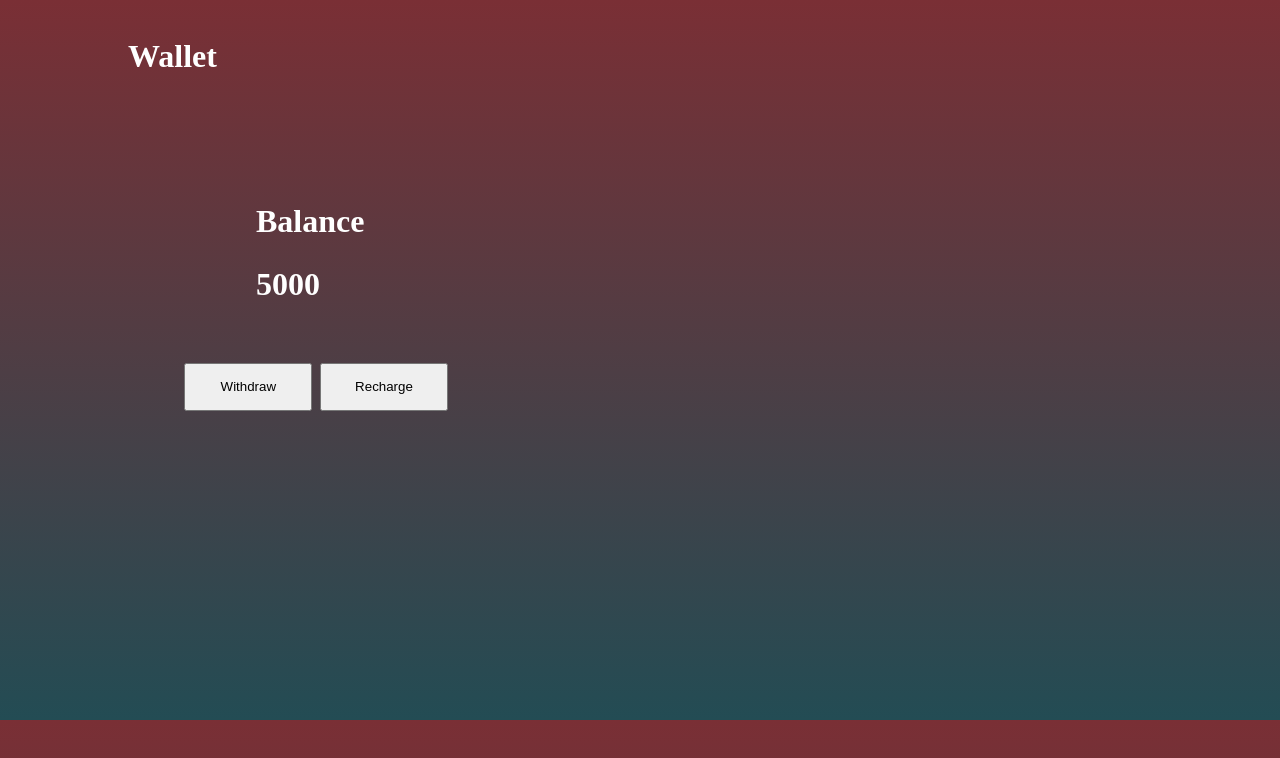
Repository: jagan607/N-Kalari
Page: /
An editor plug-in stored every save of this project. The page is shown before and after the next save, followed by the edit.
The browser window is 1280 px wide. The pictures show the whole page.
The project was rebuilt for these pictures with package versions that can differ from the ones it lists, and the page was loaded fresh each time. Also part of the build but not shown: src/App.css, src/helpers/firebase.js, src/components/Login/Login.js.

Above is the page before, as saved 2022-01-07 17:32:00.

After the next save:
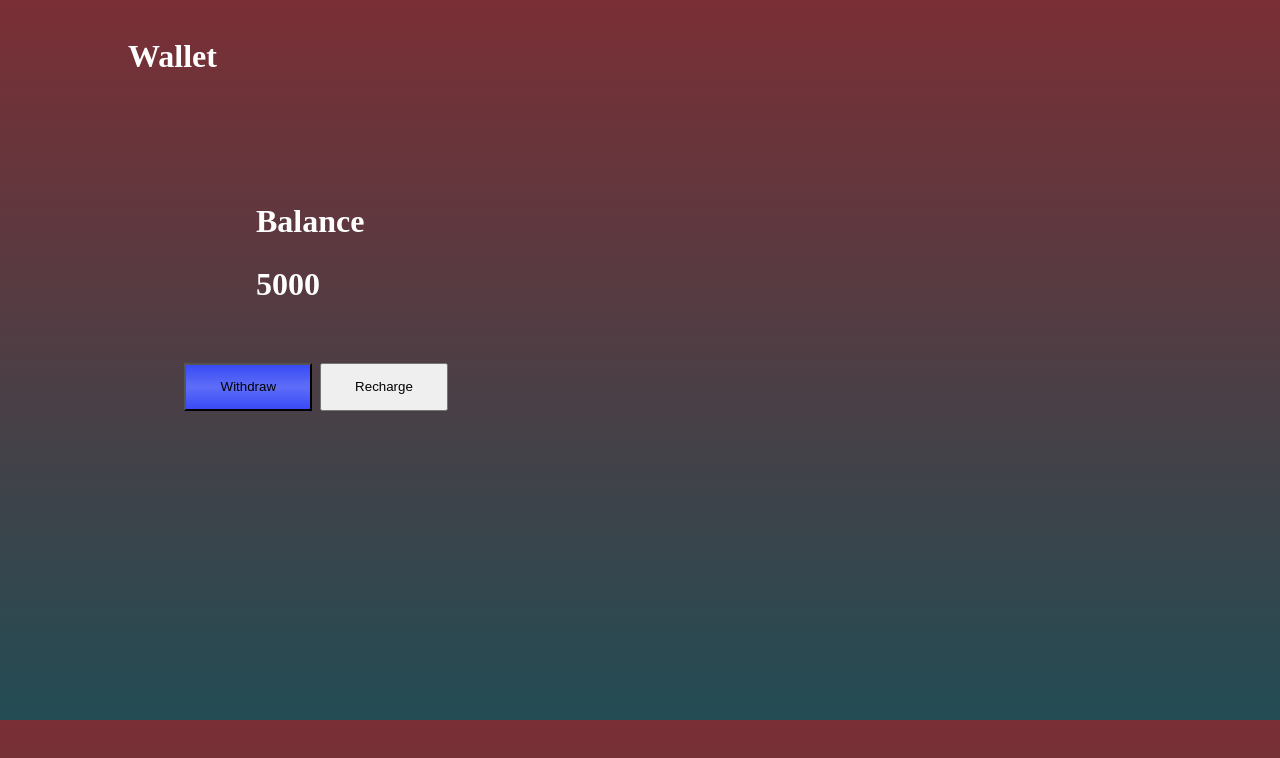
Saved 8 min 34 s later.
--- a/src/components/wallet/index.css
+++ b/src/components/wallet/index.css
@@ -30,6 +30,8 @@
     margin-right: 2%;
     width: 8rem;
     height: 3rem;
+    background-image: linear-gradient(#384BF5, #5E6DF8, #384BF5);
+
 }
 
 .recharge{
